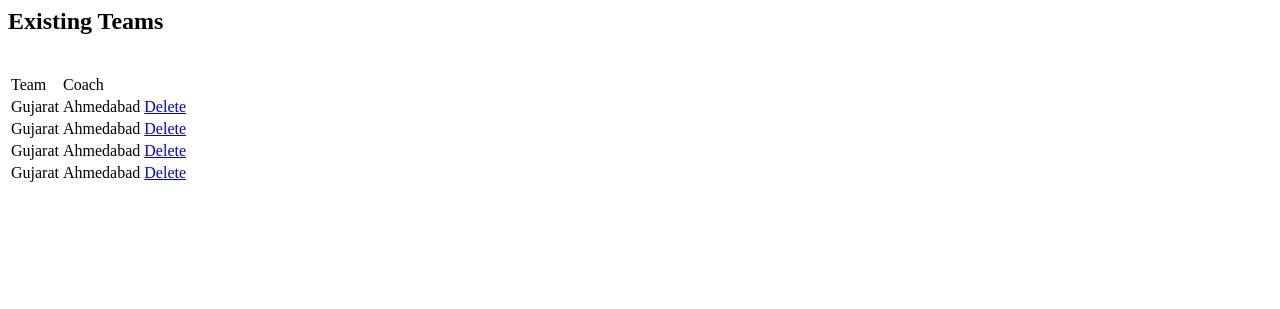
Repository: umng/Learn-to-Program
Page: http://localhost/Remove_team/
An editor plug-in stored every save of this project. The page is shown before and after the next save, followed by the edit.
The browser window is 1280 px wide. The pictures show the whole page.
The page is served by Tomcat 9. The database holds what the project's SQL file puts in it.

Above is the page before, as saved 2017-03-01 08:55:11.

After the next save:
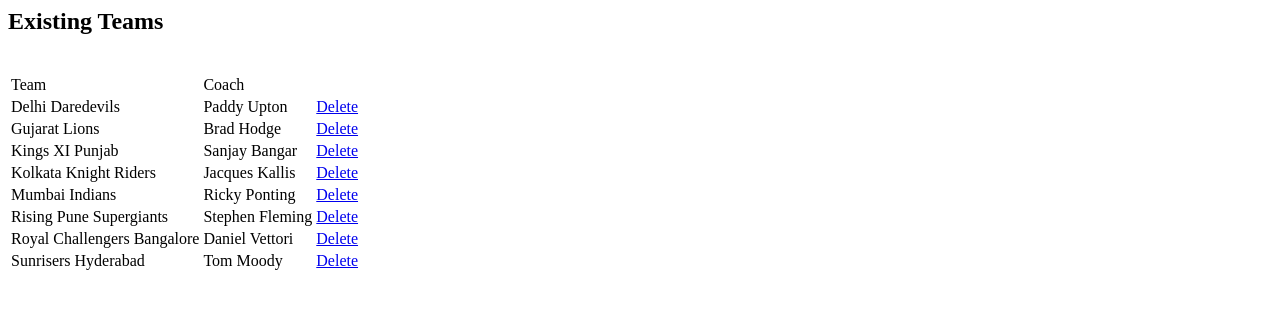
Saved 10 s later.
--- a/Java/CTS_SFDC/workspace/Remove team/WebContent/index.jsp
+++ b/Java/CTS_SFDC/workspace/Remove team/WebContent/index.jsp
@@ -1,15 +1,10 @@
-<%@page import="java.util.ArrayList"%>
 <%@page import="team.City"%>
 <%@page import="team.CityBO"%>
 <%@page import="team.Team"%>
 <%@page import="team.TeamBO"%>
 <%@page import="java.util.List"%>
 <%
-	List<Team> teams = new ArrayList<Team>();
-	teams.add(new Team(1, "Gujarat", "Ahmedabad"));
-	teams.add(new Team(2, "Gujarat", "Ahmedabad"));
-	teams.add(new Team(3, "Gujarat", "Ahmedabad"));
-	teams.add(new Team(4, "Gujarat", "Ahmedabad"));
+	List<Team> teams = new TeamBO().obtainAllTeams();
 %>
 
 <html>
